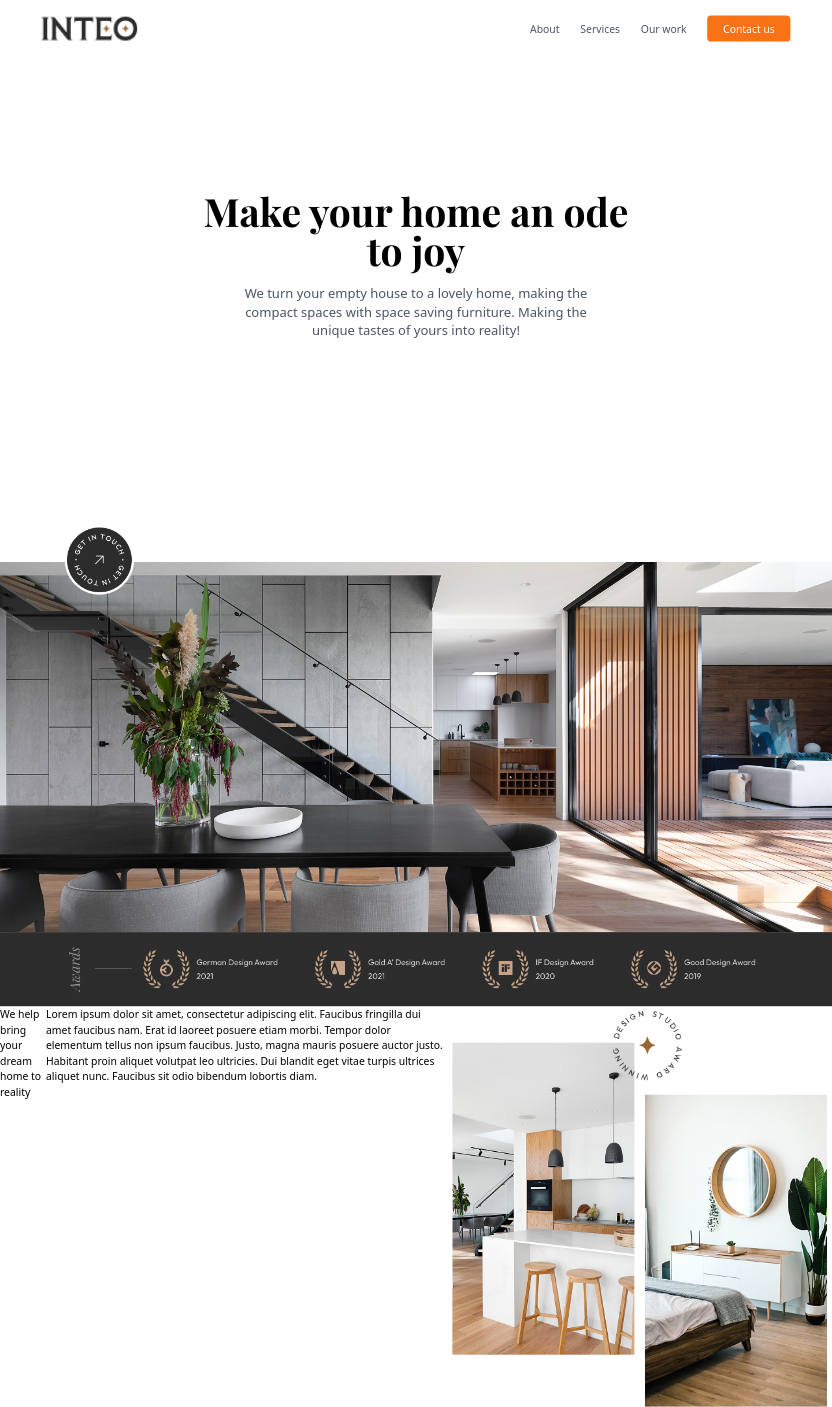
Repository: CatherinneJ/responsive-tailwind-website
Page: tailwind.html
The author's editor kept a copy of each file at every save. The page is drawn from the files as they stood at one save, then again after the next save.
The browser window is 1280 px wide. The pictures show the whole page, at 65% of full size.
Some web libraries are served in a nearby version.

Above is the page before, as saved 2025-05-20 18:52:28.

### tailwind.html
<!DOCTYPE html>
<html lang="en">
<head>
    <meta charset="UTF-8">
    <meta name="viewport" content="width=device-width, initial-scale=1.0">
    <title>NTEO - Make your home an ode to joy</title>
    <script src="https://cdn.tailwindcss.com"></script>
    <link href="https://fonts.googleapis.com/css2?family=Playfair+Display:wght@400;700&display=swap" rel="stylesheet">
    <style>
        .font-playfair {
            font-family: 'Playfair Display', serif;
        }
    </style>
</head>
<body class="bg-white">
    <header class="py-6 px-8 lg:px-16">
        <nav class="flex justify-between items-center">
            <img src="./Assets/Logo.png" alt="logo" class="h-10">
            <ul class="flex space-x-8 items-center">
                <li class="text-gray-600 hover:text-black">About</li>
                <li class="text-gray-600 hover:text-black">Services</li>
                <li class="text-gray-600 hover:text-black">Our work</li>
                <li class="bg-orange-500 text-white px-6 py-2 rounded-md hover:bg-orange-600">Contact us</li>
            </ul>
        </nav>
    </header>

   <section class="flex flex-col items-center justify-center px-8 lg:px-16 py-12 md:py-24 min-h-screen text-center">
        <h1 class="text-4xl md:text-5xl lg:text-6xl font-bold font-playfair mb-6 max-w-2xl flex " >
            Make your home an ode to joy
        </h1>

        <p class="text-lg md:text-xl text-gray-600 mb-12 md:mb-20 max-w-xl">
            We turn your empty house to a lovely home, making the compact spaces with space saving furniture. Making the unique tastes of yours into reality!
        </p>
            <div>
    </section>
    <section>
        <img src="./Assets/Creative.png" class="w-full" alt="background1">
    </section>
    <section id="awards">
        <img src="./Assets/Awards.png" class="w-full" alt="background1" alt="award">
    </section>

    <section class="flex">
        <h2>
            <p>
                We help bring your dream home to reality
            </p>
        </h2>
        <p>
            Lorem ipsum dolor sit amet, consectetur adipiscing elit. Faucibus fringilla dui amet faucibus nam. Erat id laoreet posuere etiam morbi. Tempor dolor elementum tellus non ipsum faucibus. Justo, magna mauris posuere auctor justo. Habitant proin aliquet volutpat leo ultricies. Dui blandit eget vitae turpis ultrices aliquet nunc. Faucibus sit odio bibendum lobortis diam.
        </p>
        <img src="./Assets/Section.png" alt="section2">
    </section>
</body>
</html>

After the next save:
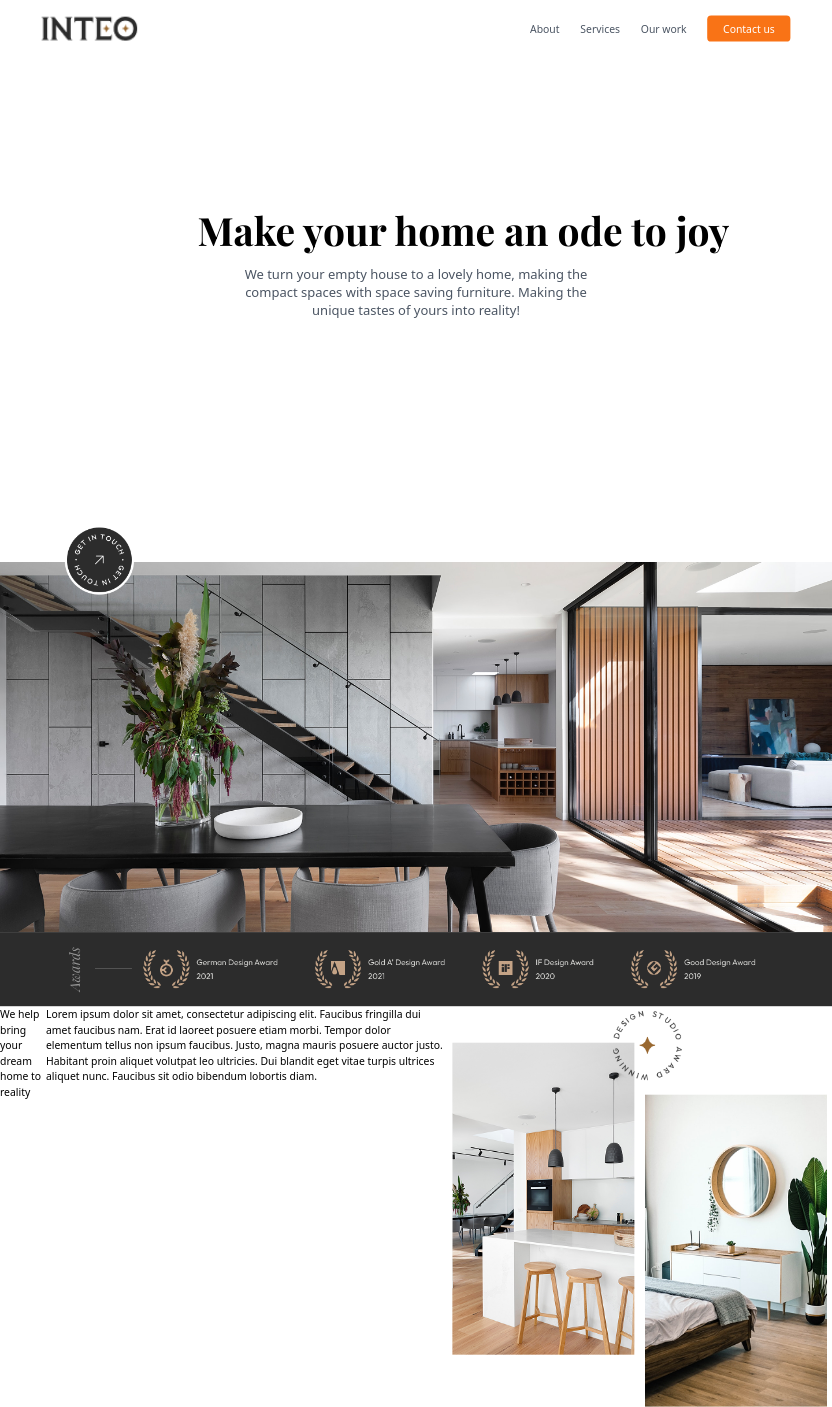
Saved 4 min 45 s later.
--- a/tailwind.html
+++ b/tailwind.html
@@ -26,7 +26,7 @@
     </header>
 
    <section class="flex flex-col items-center justify-center px-8 lg:px-16 py-12 md:py-24 min-h-screen text-center">
-        <h1 class="text-4xl md:text-5xl lg:text-6xl font-bold font-playfair mb-6 max-w-2xl flex " >
+        <h1 class="text-4xl font-bold whitespace-nowrap md:text-5xl lg:text-6xl font-bold font-playfair mb-6 max-w-2xl  " >
             Make your home an ode to joy
         </h1>
 
